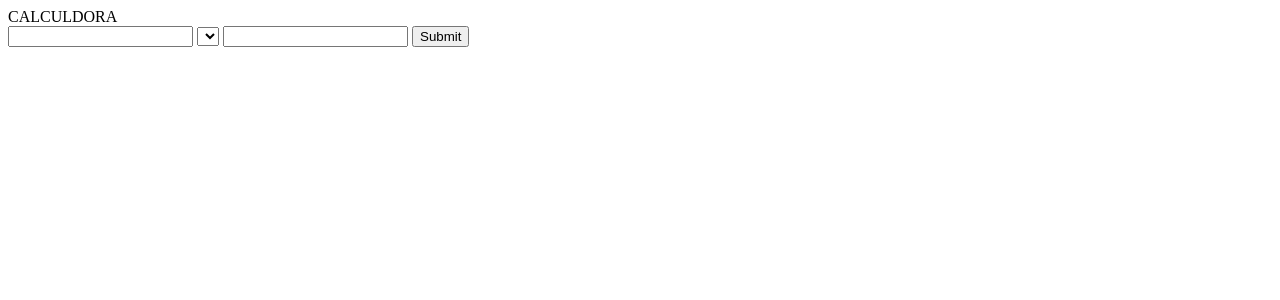
Repository: josevazquez99/DesarrolloWebEnEntornoServidor
Page: HolaMundo/src/main/webapp/index.html
These files come from the project's save history. The page is drawn as it stood at one moment and after the next save; the edit follows.
The browser window is 1280 px wide. The pictures show the whole page.

Above is the page before, as saved 2023-09-28 09:38:08.

### HolaMundo/src/main/webapp/index.html
<!DOCTYPE html>

<html>

<head>

<meta charset="UTF-8">

<title>Insert title here</title>

</head>

<body>

CALCULDORA

<form action="resultado" method="post">

<input type="number" name="num1" value="Escribe un numero"></input>
<select>
	< option value="opcion1" >+</option>
	< option value="opcion2" >-</option>

</select>
<input type="number" name="num2" value="Escribe otro numero"></input>


<input type="submit" placeholder="Dame el resultado">

</form>


</body>

</html>

After the next save:
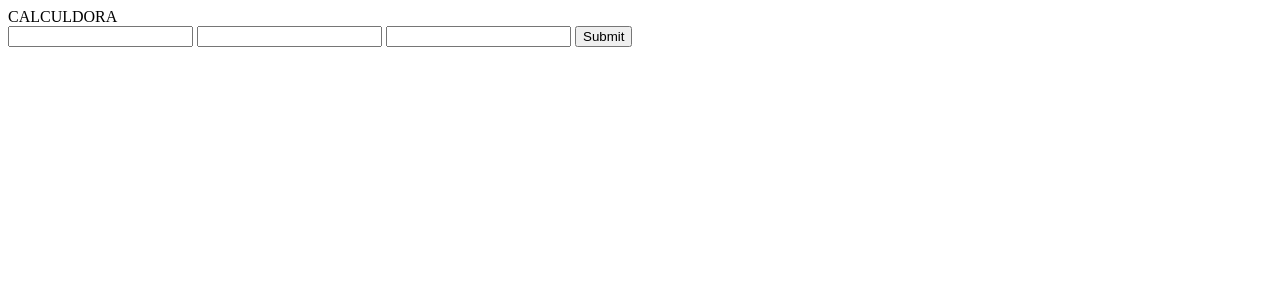
Saved 26 s later.
--- a/HolaMundo/src/main/webapp/index.html
+++ b/HolaMundo/src/main/webapp/index.html
@@ -14,15 +14,11 @@
 
 CALCULDORA
 
-<form action="resultado" method="post">
+<form action="primerJsp.jsp" method="post">
 
-<input type="number" name="num1" value="Escribe un numero"></input>
-<select>
-	< option value="opcion1" >+</option>
-	< option value="opcion2" >-</option>
-
-</select>
-<input type="number" name="num2" value="Escribe otro numero"></input>
+<input type="number" id="num1" name="num1" value="Escribe un numero"></input>
+<input type="text" id="operacion" name="operacion">
+<input type="number" id="num2"name="num2" value="Escribe otro numero"></input>
 
 
 <input type="submit" placeholder="Dame el resultado">
@@ -31,5 +27,4 @@ CALCULDORA
 
 
 </body>
-
 </html>
